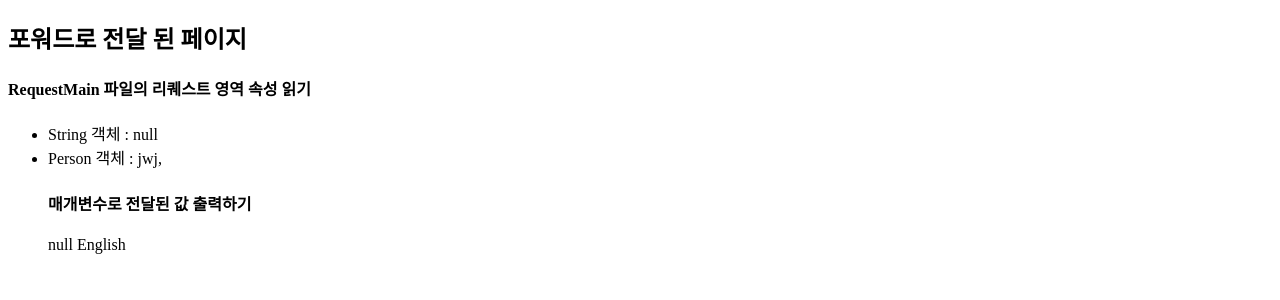
Repository: jwjb1020/Java_tomcat_jsp
Page: http://localhost/MustHaveJSP1/03Scope/RequestMain.jsp
The author's editor kept a copy of each file at every save. The page is drawn from the files as they stood at one save, then again after the next save.
The browser window is 1280 px wide. The pictures show the whole page.
The page is served by Tomcat 9. Nobody is signed in. The application's start-up code is not run. Other server files are loaded and not shown.

Above is the page before, as saved 2023-05-16 05:57:14.

### MustHaveJSP1/src/main/webapp/03Scope/RequestMain.jsp
<%@page import="common.Person"%>
<%@ page language="java" contentType="text/html; charset=UTF-8"
	pageEncoding="UTF-8"%>
<!DOCTYPE html>
<%
request.setAttribute("requestSting", "request 영역의 문자열");
request.setAttribute("requestPerson", new Person("jwj", 27));
%>

<html>
<head>
<meta charset="UTF-8">
<title>request field</title>
</head>
<body>
<h2>request 영역 속성값 제거</h2>
<%
request.removeAttribute("requestStiring");
request.removeAttribute("requestInteger");
%>
<h2>영역의 속성값 읽기</h2>
<%
Person rPerson = (Person)(request.getAttribute("requestPerson"));

%>
<ul>
<li>String 객체  : <%= request.getAttribute("requestString") %></li>
<li>Person 객체  : <%= rPerson.getName() %>, <%= rPerson.getAge() %></li>
</ul>
<h2>포워드 된 페이지에서 request 영역 속성값 읽기</h2>
<%
request.getRequestDispatcher("RequestForward.jsp? paramHan=한글&paramEng=English").forward(request, response);
%>
</body>
</html>

### MustHaveJSP1/src/main/webapp/03Scope/RequestForward.jsp
<%@page import="common.Person"%>
<%@ page language="java" contentType="text/html; charset=UTF-8"
    pageEncoding="UTF-8"%>
<!DOCTYPE html>
<html>
<head>
<meta charset="UTF-8">
<title>request 영역</title>
</head>
<body>
<h2>포워드로 전달 된 페이지</h2>
<h4>RequestMain 파일의 리퀘스트 영역 속성 읽기
</h4>
<% Person pPerson =(Person)(request.getAttribute("requestPerson")); %>
<ul>
<li>String 객체  : <%= request.getAttribute("requestString") %></li>
<li>Person 객체  : <%= pPerson.getName() %>, <% pPerson.getAge(); %></li>
<h4>매개변수로 전달된 값 출력하기</h4>
<%
request.setCharacterEncoding("UTF-8");
out.println(request.getParameter("paramHan"));
out.println(request.getParameter("paramEng"));
%>

</ul>
</body>
</html>

### MustHaveJSP1/src/main/java/common/Person.java
package common;

public class Person {
	private String name;
	private int age;


	public Person() {}

	public Person(String name, int age) {
		super();
		this.name =name;
		this.age = age;

	}

	public String getName() {
		return name;
	}

	public void setName(String name) {
		this.name = name;
	}

	public int getAge() {
		return age;
	}

	public void setAge(int age) {
		this.age = age;
	}

	@Override
	public String toString() {
		return "Person [name=" + name + ", age=" + age + "]";
	}








}

After the next save:
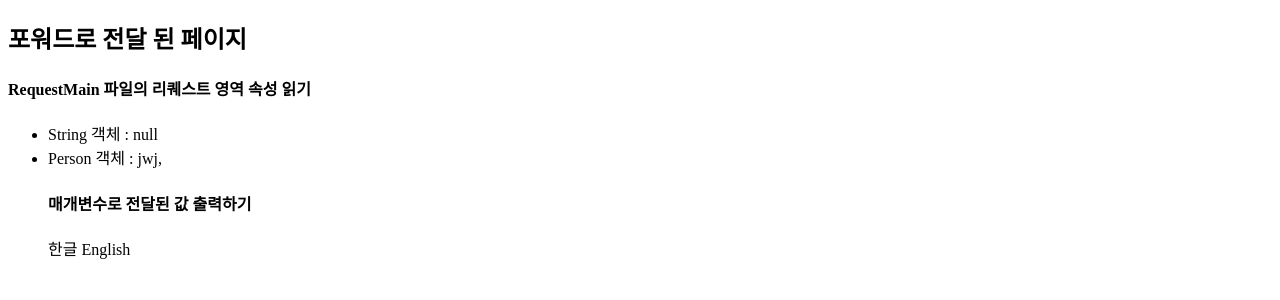
Saved 61 s later.
--- a/MustHaveJSP1/src/main/webapp/03Scope/RequestMain.jsp
+++ b/MustHaveJSP1/src/main/webapp/03Scope/RequestMain.jsp
@@ -29,7 +29,7 @@ Person rPerson = (Person)(request.getAttribute("requestPerson"));
 </ul>
 <h2>포워드 된 페이지에서 request 영역 속성값 읽기</h2>
 <%
-request.getRequestDispatcher("RequestForward.jsp? paramHan=한글&paramEng=English").forward(request, response);
+request.getRequestDispatcher("RequestForward.jsp?paramHan=한글&paramEng=English").forward(request, response);
 %>
 </body>
 </html>
